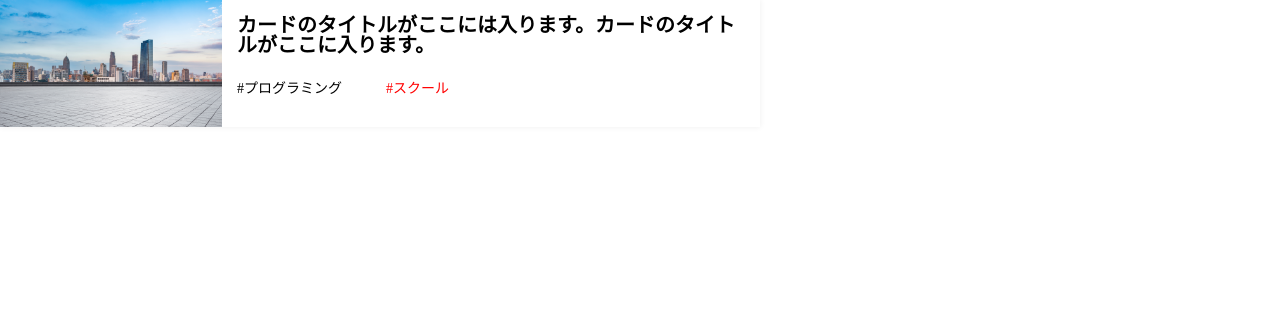
Repository: yosuke257/20231104_watanabe_css
Page: coachtech/html-css/index.html
An editor plug-in stored every save of this project. The page is shown before and after the next save, followed by the edit.
The browser window is 1280 px wide. The pictures show the whole page.

Above is the page before, as saved 2023-10-22 23:44:49.

After the next save:
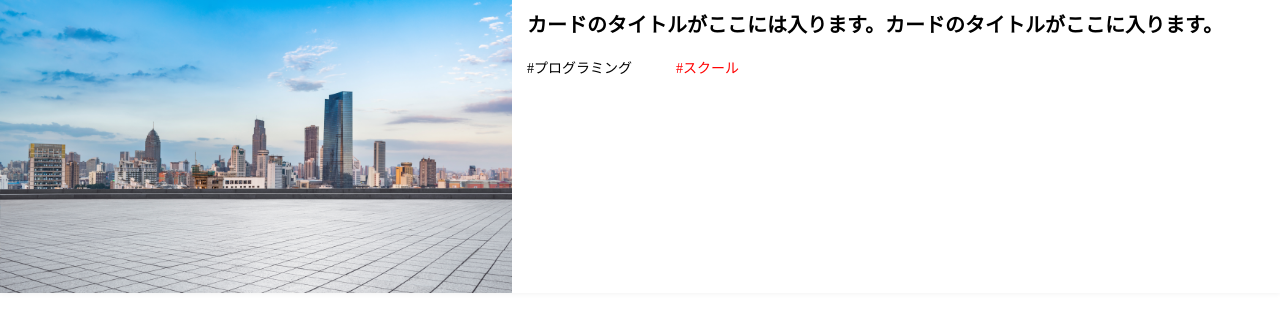
Saved 117 s later.
--- a/coachtech/html-css/css/style.css
+++ b/coachtech/html-css/css/style.css
@@ -1,4 +1,4 @@
-body {
+.body {
     width: 760px;
     margin: 0px auto;
 }

After the save that followed:
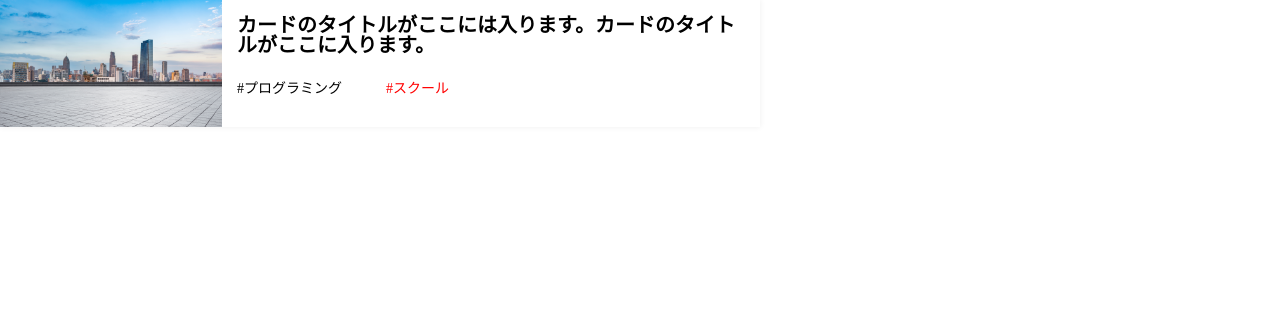
Saved 19 s later.
--- a/coachtech/html-css/css/style.css
+++ b/coachtech/html-css/css/style.css
@@ -1,4 +1,4 @@
-.body {
+body {
     width: 760px;
     margin: 0px auto;
 }
